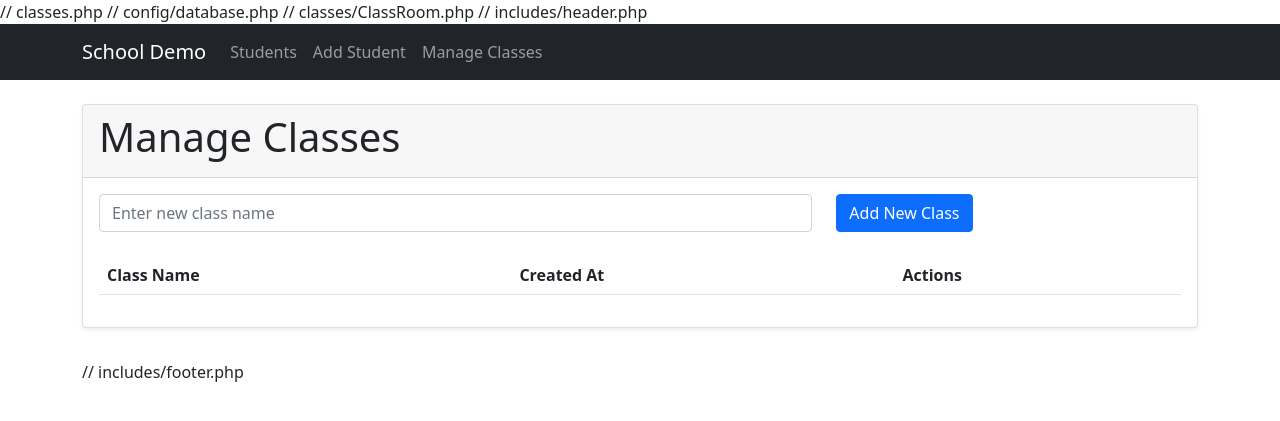
Repository: ASHVAMI/school_demo
Page: http://localhost/classes.php
These files come from the project's save history. The page is drawn as it stood at one moment and after the next save; the edit follows.
The browser window is 1280 px wide. The pictures show the whole page.
The page is run by PHP 8.4 with error messages shown; the project is at /var/www/html/. Queries for data that is not in the repository find no rows.

Above is the page before, as saved 2024-11-30 23:34:59.

### classes.php
// classes.php
<?php
require_once 'config/database.php';
require_once 'classes/ClassRoom.php';

$classroom = new ClassRoom($pdo);
$classes = $classroom->getAllClasses();

$errors = [];
$success = '';

// Handle class creation
if ($_SERVER['REQUEST_METHOD'] == 'POST' && isset($_POST['action'])) {
    switch ($_POST['action']) {
        case 'create':
            if (!empty($_POST['name'])) {
                if ($classroom->createClass($_POST['name'])) {
                    $success = "Class created successfully";
                    header("Location: classes.php");
                    exit;
                } else {
                    $errors[] = "Error creating class";
                }
            } else {
                $errors[] = "Class name is required";
            }
            break;

        case 'update':
            if (!empty($_POST['name']) && !empty($_POST['class_id'])) {
                if ($classroom->updateClass($_POST['class_id'], $_POST['name'])) {
                    $success = "Class updated successfully";
                    header("Location: classes.php");
                    exit;
                } else {
                    $errors[] = "Error updating class";
                }
            }
            break;

        case 'delete':
            if (!empty($_POST['class_id'])) {
                if ($classroom->deleteClass($_POST['class_id'])) {
                    $success = "Class deleted successfully";
                    header("Location: classes.php");
                    exit;
                } else {
                    $errors[] = "Error deleting class";
                }
            }
            break;
    }
}

include 'includes/header.php';
?>

<div class="card">
    <div class="card-header">
        <h1>Manage Classes</h1>
    </div>
    <div class="card-body">
        <?php if (!empty($errors)): ?>
            <div class="alert alert-danger">
                <ul class="mb-0">
                    <?php foreach ($errors as $error): ?>
                        <li><?php echo htmlspecialchars($error); ?></li>
                    <?php endforeach; ?>
                </ul>
            </div>
        <?php endif; ?>

        <?php if ($success): ?>
            <div class="alert alert-success">
                <?php echo htmlspecialchars($success); ?>
            </div>
        <?php endif; ?>

        <!-- Add New Class Form -->
        <form method="post" class="mb-4">
            <input type="hidden" name="action" value="create">
            <div class="row">
                <div class="col-md-8">
                    <input type="text"
                           name="name"
                           class="form-control"
                           placeholder="Enter new class name"
                           required>
                </div>
                <div class="col-md-4">
                    <button type="submit" class="btn btn-primary">Add New Class</button>
                </div>
            </div>
        </form>

        <!-- Classes List -->
        <table class="table">
            <thead>
                <tr>
                    <th>Class Name</th>
                    <th>Created At</th>
                    <th>Actions</th>
                </tr>
            </thead>
            <tbody>
                <?php foreach ($classes as $class): ?>
                    <tr>
                        <td><?php echo htmlspecialchars($class['name']); ?></td>
                        <td><?php echo date('F j, Y', strtotime($class['created_at'])); ?></td>
                        <td>
                            <button type="button"
                                    class="btn btn-sm btn-warning"
                                    data-bs-toggle="modal"
                                    data-bs-target="#editModal<?php echo $class['class_id']; ?>">
                                Edit
                            </button>
                            <form method="post" class="d-inline">
                                <input type="hidden" name="action" value="delete">
                                <input type="hidden" name="class_id" value="<?php echo $class['class_id']; ?>">
                                <button type="submit"
                                        class="btn btn-sm btn-danger"
                                        onclick="return confirm('Are you sure? This will delete all students in this class!')">
                                    Delete
                                </button>
                            </form>
                        </td>
                    </tr>

                    <!-- Edit Modal for each class -->
                    <div class="modal fade" id="editModal<?php echo $class['class_id']; ?>" tabindex="-1">
                        <div class="modal-dialog">
                            <div class="modal-content">
                                <form method="post">
                                    <input type="hidden" name="action" value="update">
                                    <input type="hidden" name="class_id" value="<?php echo $class['class_id']; ?>">

                                    <div class="modal-header">
                                        <h5 class="modal-title">Edit Class</h5>
                                        <button type="button" class="btn-close" data-bs-dismiss="modal"></button>
                                    </div>
                                    <div class="modal-body">
                                        <div class="mb-3">
                                            <label for="name<?php echo $class['class_id']; ?>" class="form-label">
                                                Class Name
                                            </label>
                                            <input type="text"
                                                   class="form-control"
                                                   id="name<?php echo $class['class_id']; ?>"
                                                   name="name"
                                                   value="<?php echo htmlspecialchars($class['name']); ?>"
                                                   required>
                                        </div>
                                    </div>
                                    <div class="modal-footer">
                                        <button type="button" class="btn btn-secondary" data-bs-dismiss="modal">
                                            Close
                                        </button>
                                        <button type="submit" class="btn btn-primary">Save Changes</button>
                                    </div>
                                </form>
                            </div>
                        </div>
                    </div>
                <?php endforeach; ?>
            </tbody>
        </table>
    </div>
</div>

<?php include 'includes/footer.php'; ?>

### config/database.php
// config/database.php
<?php
class Database {
    private $host = "localhost";
    private $db_name = "school_db";
    private $username = "root";
    private $password = "";
    private $conn;

    public function getConnection() {
        $this->conn = null;

        try {
            $this->conn = new PDO(
                "mysql:host=" . $this->host . ";dbname=" . $this->db_name,
                $this->username,
                $this->password
            );
            $this->conn->setAttribute(PDO::ATTR_ERRMODE, PDO::ERRMODE_EXCEPTION);
            $this->conn->setAttribute(PDO::ATTR_DEFAULT_FETCH_MODE, PDO::FETCH_ASSOC);
        } catch(PDOException $e) {
            echo "Connection Error: " . $e->getMessage();
        }

        return $this->conn;
    }
}

$database = new Database();
$pdo = $database->getConnection();
?>

### classes/ClassRoom.php
// classes/ClassRoom.php
<?php
class ClassRoom {
    private $conn;
    private $table_name = "classes";

    public function __construct($db) {
        $this->conn = $db;
    }

    public function getAllClasses() {
        $query = "SELECT * FROM " . $this->table_name . " ORDER BY name ASC";
        $stmt = $this->conn->prepare($query);
        $stmt->execute();
        return $stmt->fetchAll();
    }

    public function getClass($id) {
        $query = "SELECT * FROM " . $this->table_name . " WHERE class_id = :id";
        $stmt = $this->conn->prepare($query);
        $stmt->bindParam(":id", $id);
        $stmt->execute();
        return $stmt->fetch();
    }

    public function createClass($name) {
        $query = "INSERT INTO " . $this->table_name . " (name) VALUES (:name)";
        $stmt = $this->conn->prepare($query);
        $stmt->bindParam(":name", $name);
        return $stmt->execute();
    }

    public function updateClass($id, $name) {
        $query = "UPDATE " . $this->table_name . " SET name = :name WHERE class_id = :id";
        $stmt = $this->conn->prepare($query);
        $stmt->bindParam(":name", $name);
        $stmt->bindParam(":id", $id);
        return $stmt->execute();
    }

    public function deleteClass($id) {
        $query = "DELETE FROM " . $this->table_name . " WHERE class_id = :id";
        $stmt = $this->conn->prepare($query);
        $stmt->bindParam(":id", $id);
        return $stmt->execute();
    }
}
?>

### includes/header.php
// includes/header.php
<!DOCTYPE html>
<html lang="en">
<head>
    <meta charset="UTF-8">
    <meta name="viewport" content="width=device-width, initial-scale=1.0">
    <title>School Management System</title>
    <link href="https://cdn.jsdelivr.net/npm/bootstrap@5.1.3/dist/css/bootstrap.min.css" rel="stylesheet">
    <link href="assets/css/style.css" rel="stylesheet">
</head>
<body>
    <nav class="navbar navbar-expand-lg navbar-dark bg-dark mb-4">
        <div class="container">
            <a class="navbar-brand" href="index.php">School Demo</a>
            <button class="navbar-toggler" type="button" data-bs-toggle="collapse" data-bs-target="#navbarNav">
                <span class="navbar-toggler-icon"></span>
            </button>
            <div class="collapse navbar-collapse" id="navbarNav">
                <ul class="navbar-nav">
                    <li class="nav-item">
                        <a class="nav-link" href="index.php">Students</a>
                    </li>
                    <li class="nav-item">
                        <a class="nav-link" href="create.php">Add Student</a>
                    </li>
                    <li class="nav-item">
                        <a class="nav-link" href="classes.php">Manage Classes</a>
                    </li>
                </ul>
            </div>
        </div>
    </nav>
    <div class="container">

### includes/footer.php
// includes/footer.php
    </div>
    <script src="https://cdn.jsdelivr.net/npm/bootstrap@5.1.3/dist/js/bootstrap.bundle.min.js"></script>
    <script src="assets/js/main.js"></script>
</body>
</html>

### assets/css/style.css

.student-image {
    max-width: 150px;
    height: auto;
}

.image-preview {
    max-width: 200px;
    margin-top: 10px;
    display: none;
}

.table-responsive {
    margin-bottom: 1rem;
}

.form-group {
    margin-bottom: 1rem;
}

.alert {
    margin-bottom: 1rem;
}

.card {
    margin-bottom: 2rem;
    box-shadow: 0 0.125rem 0.25rem rgba(0, 0, 0, 0.075);
}

.btn-group-sm > .btn, .btn-sm {
    padding: 0.25rem 0.5rem;
    font-size: 0.875rem;
    border-radius: 0.2rem;
}

.navbar {
    margin-bottom: 2rem;
}

.invalid-feedback {
    display: none;
    width: 100%;
    margin-top: 0.25rem;
    font-size: 80%;
    color: #dc3545;
}

.was-validated .form-control:invalid ~ .invalid-feedback {
    display: block;
}

### assets/js/main.js

document.addEventListener('DOMContentLoaded', function() {
    // Preview image before upload
    const imageInput = document.querySelector('input[type="file"]');
    const imagePreview = document.querySelector('.image-preview');

    if (imageInput && imagePreview) {
        imageInput.addEventListener('change', function() {
            const file = this.files[0];
            if (file) {
                const reader = new FileReader();
                reader.onload = function(e) {
                    imagePreview.src = e.target.result;
                    imagePreview.style.display = 'block';
                }
                reader.readAsDataURL(file);
            }
        });
    }

    // Form validation
    const forms = document.querySelectorAll('.needs-validation');
    forms.forEach(form => {
        form.addEventListener('submit', function(event) {
            if (!form.checkValidity()) {
                event.preventDefault();
                event.stopPropagation();
            }
            form.classList.add('was-validated');
        });
    });
});

After the next save:
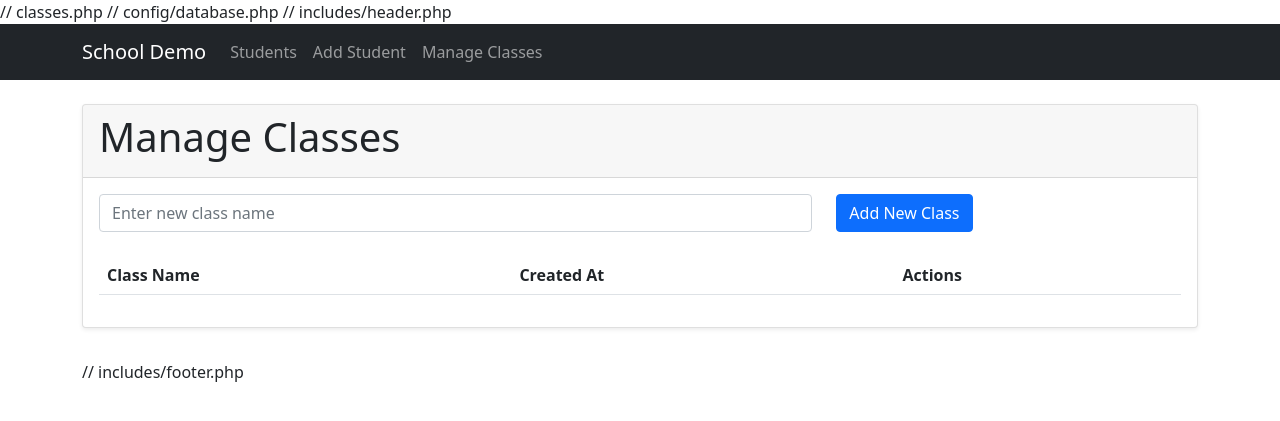
Saved 7 s later.
--- a/classes/ClassRoom.php
+++ b/classes/ClassRoom.php
@@ -1,4 +1,4 @@
-// classes/ClassRoom.php
+
 <?php
 class ClassRoom {
     private $conn;
